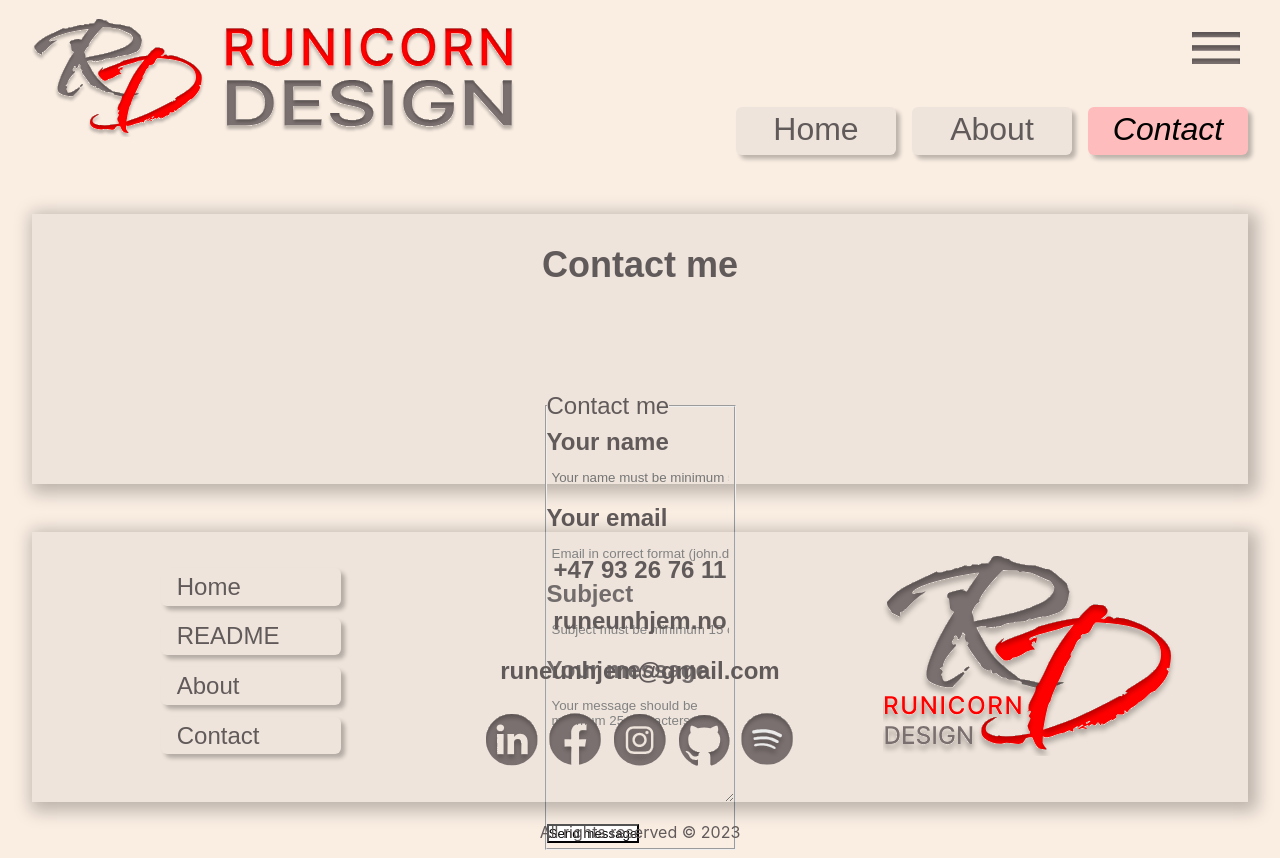
Repository: runeunhjem/portfolio1-ca
Page: contact.html
An editor plug-in stored every save of this project. The page is shown before and after the next save, followed by the edit.
The browser window is 1280 px wide. The pictures show the whole page.
Some web fonts or font styles are not loaded; a fallback is used. The style sheet was rebuilt from its Sass, Less or Tailwind sources for each picture, by a compiler version that may differ from the author's.

Above is the page before, as saved 2023-06-08 06:00:26.

After the next save:
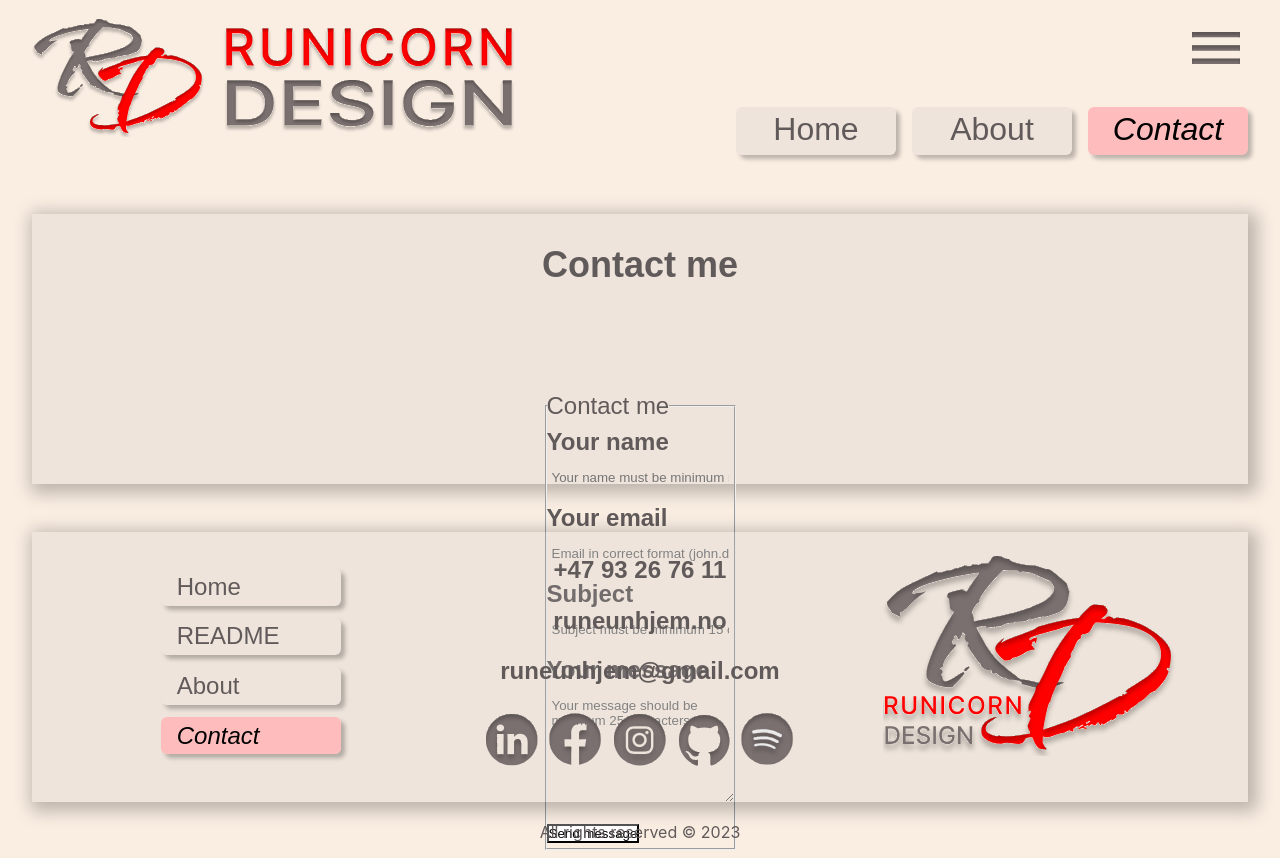
Saved 6 s later.
--- a/contact.html
+++ b/contact.html
@@ -88,7 +88,7 @@
             <a class="link-reset" href="about.html">About</a>
           </li>
           <li class=" menu-item flex">
-            <a class="link-reset" href="contact.html">Contact</a>
+            <a class="link-reset active" href="contact.html">Contact</a>
           </li>
         </ul>
       </nav>
